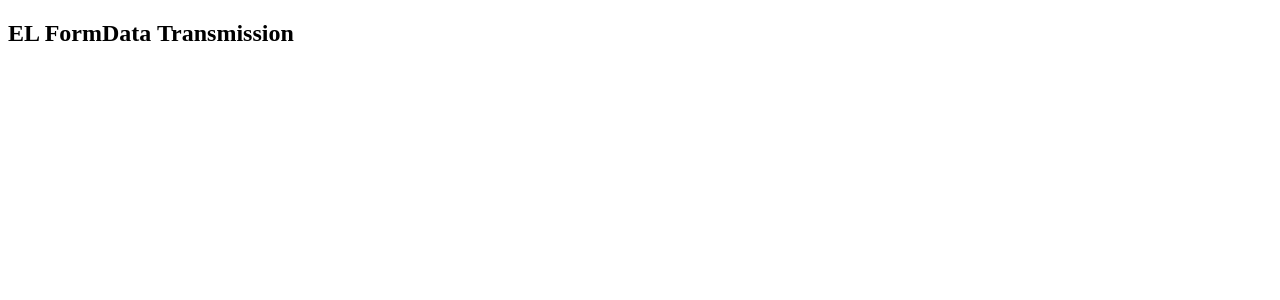
Repository: okgunyang/jsp
Page: http://localhost/practice02/05ELDataForm.jsp
An editor plug-in stored every save of this project. The page is shown before and after the next save, followed by the edit.
The browser window is 1280 px wide. The pictures show the whole page.
The page is served by Tomcat 9.

Above is the page before, as saved 2022-11-10 03:50:17.

After the next save:
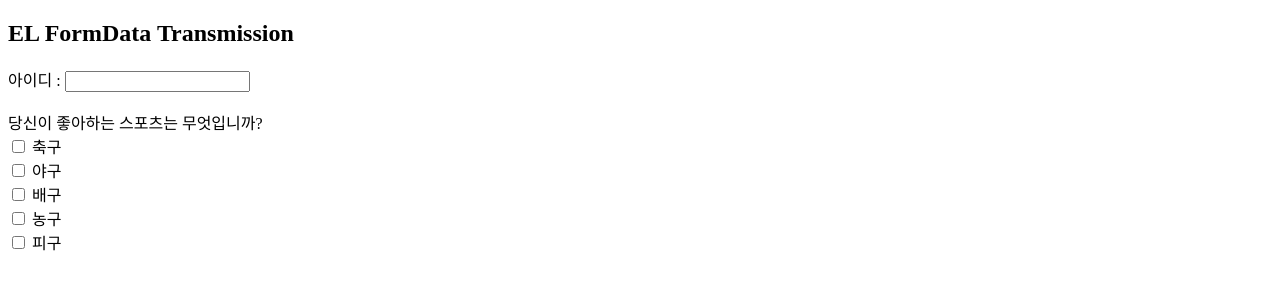
Saved 51 min 40 s later.
--- a/practice02/WebContent/05ELDataForm.jsp
+++ b/practice02/WebContent/05ELDataForm.jsp
@@ -21,7 +21,18 @@
 <body>
 	<h2>EL FormData Transmission</h2>
 	<form action="05ELParam" method="post">
-
+		<label for="id">아이디</label> : <input type="text" name="id" id="id"><br><br>
+		당신이 좋아하는 스포츠는 무엇입니까?<br>
+		<input type="checkbox" id="hobby1" name="hobby">
+		<label for="hobby1">축구</label><br>
+		<input type="checkbox" id="hobby2" name="hobby">
+		<label for="hobby2">야구</label><br>
+		<input type="checkbox" id="hobby3" name="hobby">
+		<label for="hobby3">배구</label><br>
+		<input type="checkbox" id="hobby4" name="hobby">
+		<label for="hobby4">농구</label><br>
+		<input type="checkbox" id="hobby5" name="hobby">
+		<label for="hobby5">피구</label><br>
 	</form>
 </body>
 </html>
